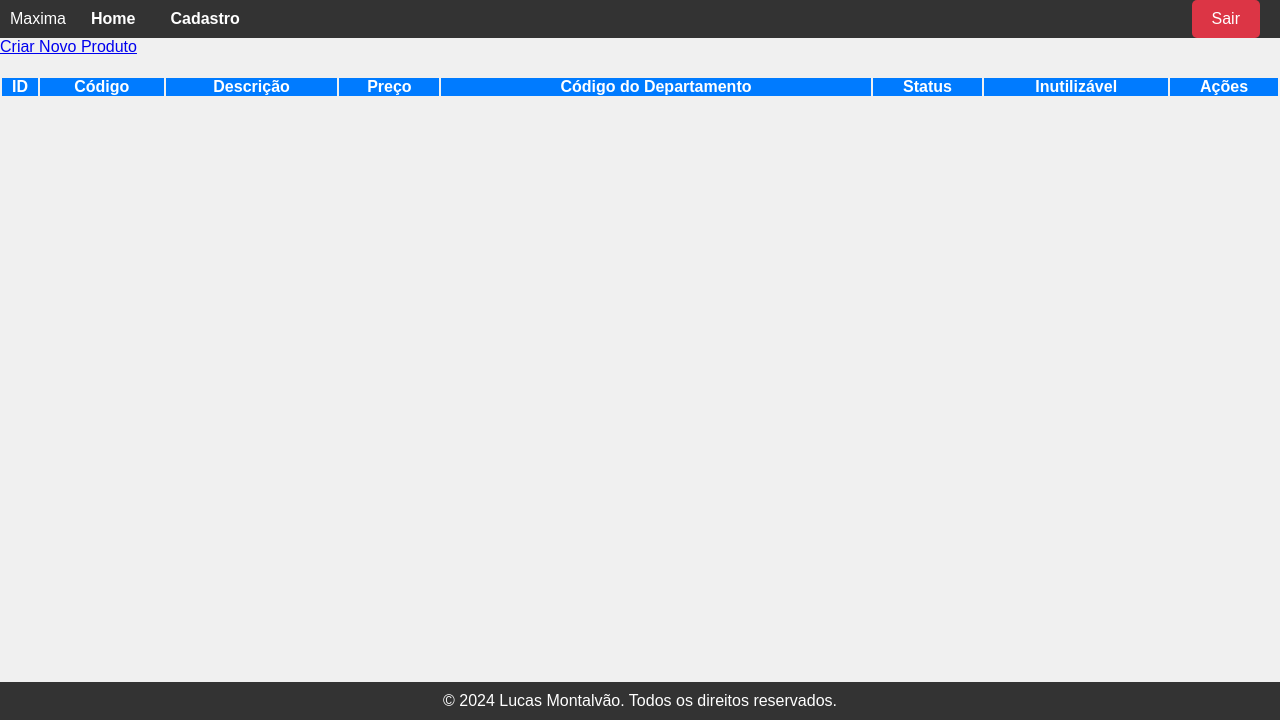
Repository: LucasMontalvao1/ProjetoMaxima
Page: /produto (app in AngularMaxima/)
The author's editor kept a copy of each file at every save. The page is drawn from the files as they stood at one save, then again after the next save.
The browser window is 1280 px wide. The pictures show the whole page.
The page's requests for data from a server got no answer. The project was rebuilt for these pictures with package versions that can differ from the ones it lists, and the page was loaded fresh each time. No one was signed in, and anything a server would have sent is missing. Also part of the build but not shown: AngularMaxima/angular.json, AngularMaxima/src/app/pages/login/login.component.ts, AngularMaxima/src/app/pages/home/home.component.ts.

Above is the page before, as saved 2024-07-14 19:49:14.

After the next save:
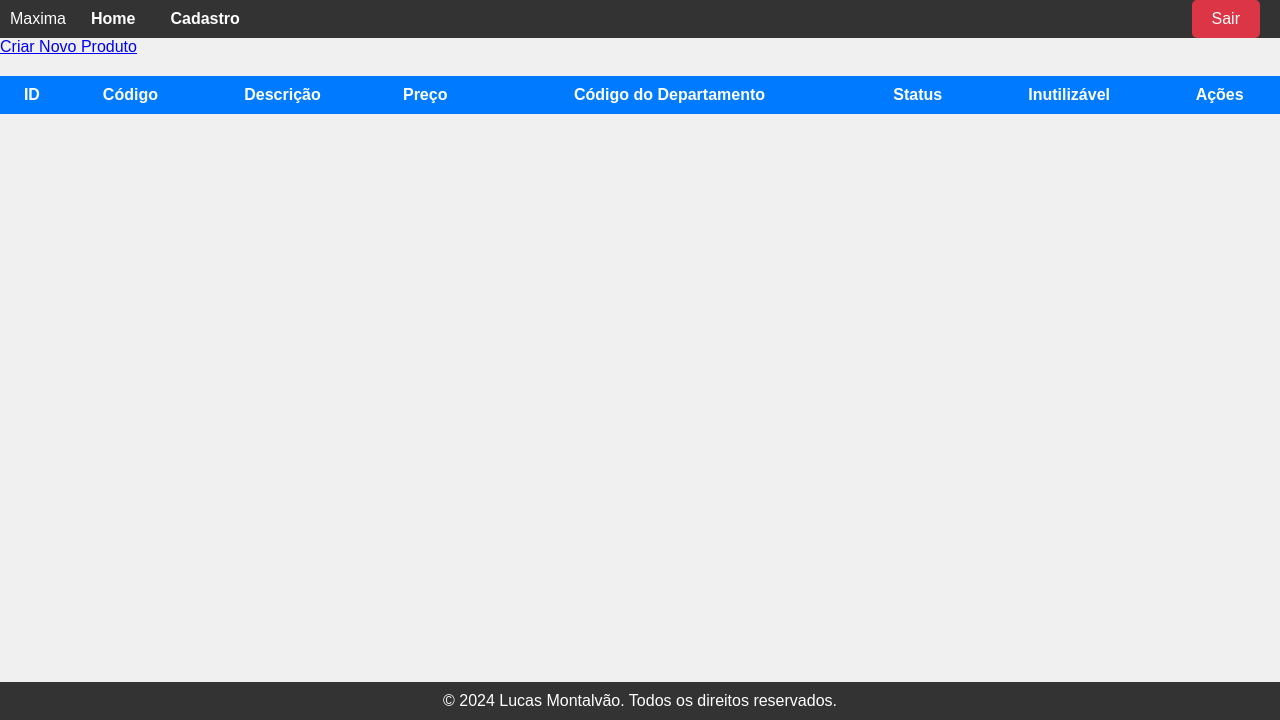
Saved 65 s later.
--- a/AngularMaxima/src/app/pages/produto/produto.component.css
+++ b/AngularMaxima/src/app/pages/produto/produto.component.css
@@ -3,15 +3,19 @@
 .table {
   width: 100%;
   margin-top: 20px;
+  border-collapse: collapse; /* Para remover espaços entre as células */
 }
 
 .table th, .table td {
   text-align: center;
+  padding: 10px; /* Adiciona espaço interno às células */
 }
 
 .table th {
   background-color: #007BFF;
   color: white;
+  font-size: 16px;
+  font-weight: bold;
 }
 
 .table td {
